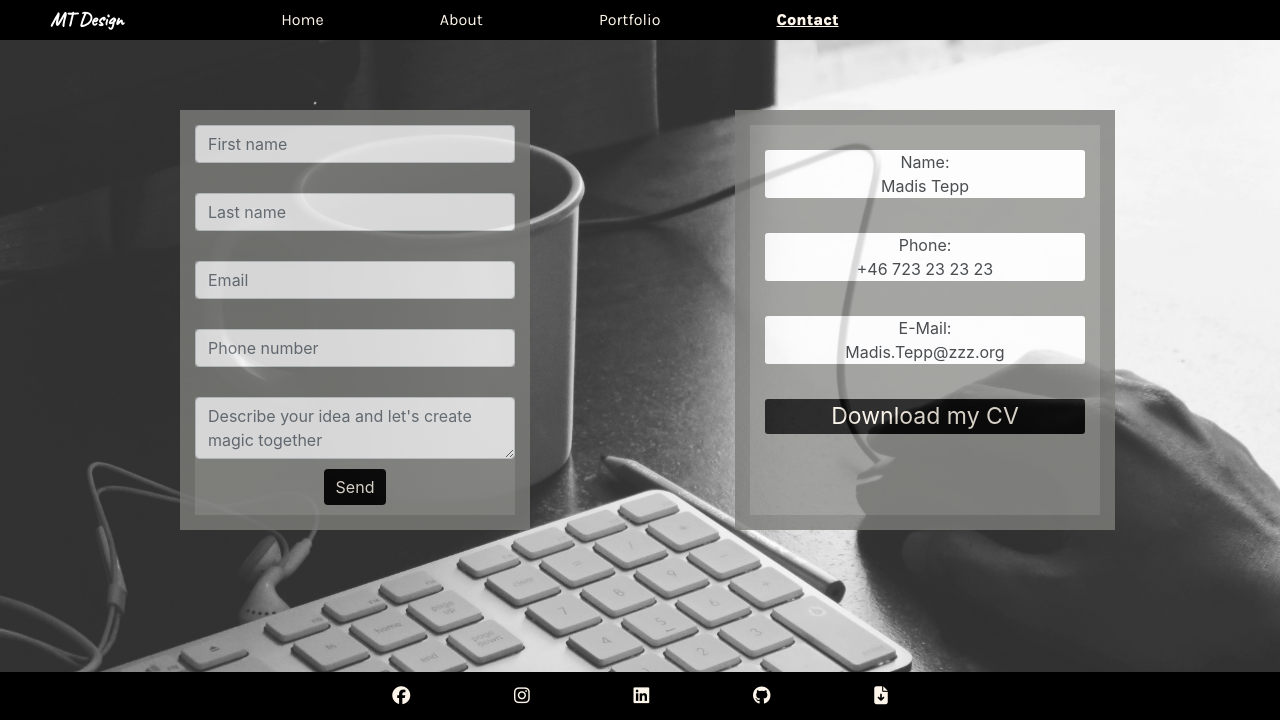
Repository: teppm/personal-portfolio
Page: contact.html
The author's editor kept a record of every edit. The page is drawn from the files as they stood at one moment, then again after the next edit.
The browser window is 1280 px wide. The pictures show the whole page.
Some web libraries are served in a nearby version.

Above is the page before.

After the next edit:
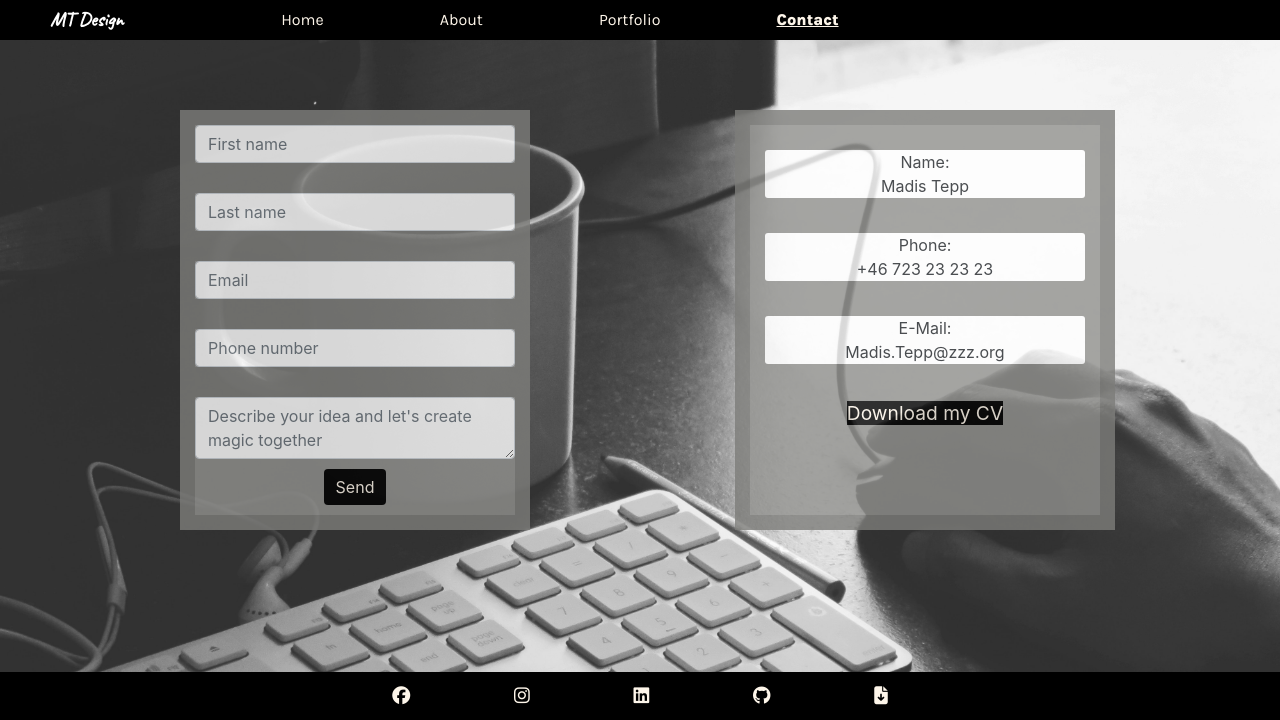
The edit:
--- a/contact.html
+++ b/contact.html
@@ -87,7 +87,7 @@
                         <li class="contact-details">Phone: <br>+46 723 23 23 23</li>
                         <li class="contact-details">E-Mail: <br>Madis.Tepp@zzz.org</li>
                 </ul>
-                    <div class="contact-details download-resume">
+                    <div class="my-3 text-center">
                         <a  href="assets/images/Madis_Tepp_CV_2019.docx" target="_blank" class="download-resume">Download my CV</a>
                     </div>
             </div>
